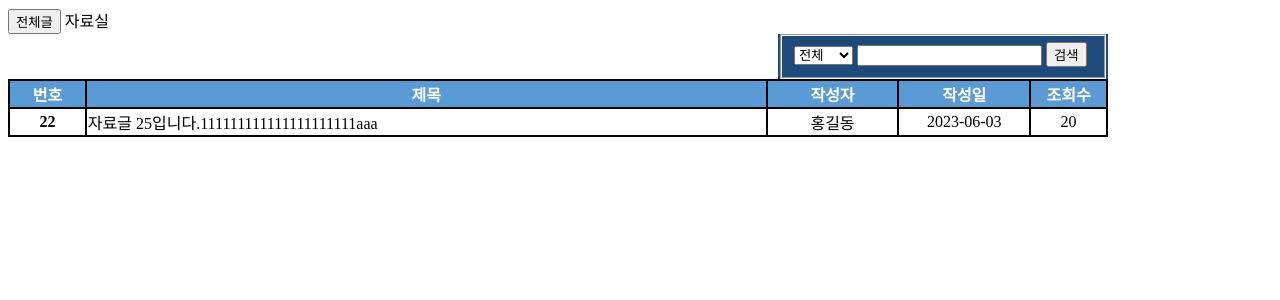
Repository: LJzero-dev/java-study
Page: http://localhost/ktbwos/bbs/request_list.jsp
An editor plug-in stored every save of this project. The page is shown before and after the next save, followed by the edit.
The browser window is 1280 px wide. The pictures show the whole page.
The page is served by Tomcat 9. Other server files are loaded and not shown.

Above is the page before, as saved 2023-06-10 13:26:44.

### web/ktbwos/WebContent/bbs/request_list.jsp
<%@ page language="java" contentType="text/html; charset=UTF-8" pageEncoding="UTF-8"%>
<!DOCTYPE html PUBLIC "-//W3C//DTD HTML 4.01 Transitional//EN" "http://www.w3.org/TR/html4/loose.dtd">
<html>
<head>
<meta http-equiv="Content-Type" content="text/html; charset=UTF-8">
<style>
	a:link { color:black; text-decoration:none; }
	a:visited { color:black; text-decoration:none; }
	a:hover { color:black; text-decoration:underline; }
	table, th, td {
	border:2px solid black;
	border-collapse : collapse;
	}
	th { background-color:#5B9BD5; color:white;}
	td { text-align:center;}
</style>
<title>Insert title here</title>
</head>
<body>

<div width="1100">
<div style="width:330px; position: relative;"><input type="button" value="전체글"> 자료실</div><div style="width:330px; background:#1E4B79; position: relative; left:770px;" >
<form name="frmSch">
<fieldset>
		<select name="schtype">
			<option value="all" >전체</option>
			<option value="title" >제목</option>
			<option value="content" >내용</option>
			<option value="writer" >글쓴이</option>
		</select>
		<input type="text" name="keyword" value="" />
		<input type="submit" value="검색" />
</fieldset>
</form>
</div>
	<table width="1100">
		<tr>
			<th width="7%">번호</th><th width="*">제목</th><th width="12%">작성자</th><th width="12%">작성일</th><th width="7%">조회수</th>
		</tr>
		<tr>
			<td><b>22</b></td><td><span style="float:left;">자료글 25입니다.111111111111111111111<a href="">aaa</a></span></td><td>홍길동</td><td>2023-06-03</td><td>20</td>
		</tr>
	</table>

</div>
</body>
</html>

After the next save:
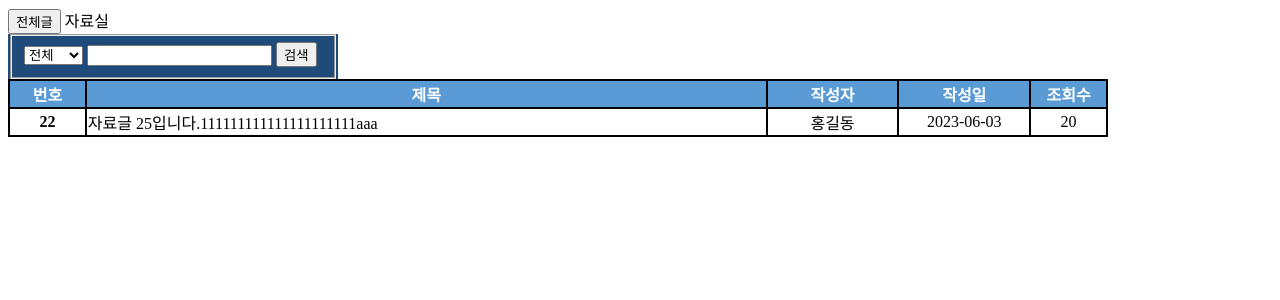
Saved 10 s later.
--- a/web/ktbwos/WebContent/bbs/request_list.jsp
+++ b/web/ktbwos/WebContent/bbs/request_list.jsp
@@ -19,7 +19,7 @@
 <body>
 
 <div width="1100">
-<div style="width:330px; position: relative;"><input type="button" value="전체글"> 자료실</div><div style="width:330px; background:#1E4B79; position: relative; left:770px;" >
+<div style="width:330px; position: relative;"><input type="button" value="전체글"> 자료실</div><div style="width:330px; background:#1E4B79; position: relative; left:0px;" >
 <form name="frmSch">
 <fieldset>
 		<select name="schtype">
